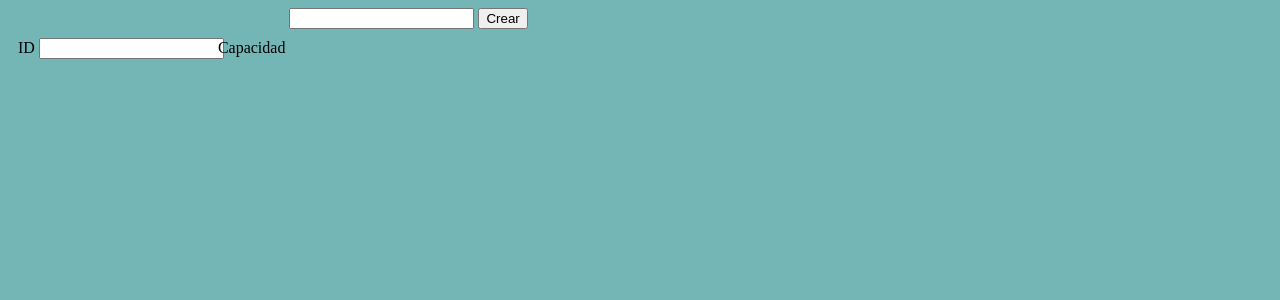
Repository: Robin-Rivadeneira/prueva_pablo
Page: index.html
An editor plug-in stored every save of this project. The page is shown before and after the next save, followed by the edit.
The browser window is 1280 px wide. The pictures show the whole page.

Above is the page before, as saved 2020-01-16 20:28:15.

### index.html
<!DOCTYPE html>
<html lang="en">
<head>
    <meta charset="UTF-8">
    <meta name="viewport" content="width=device-width, initial-scale=1.0">
    <meta http-equiv="X-UA-Compatible" content="ie=edge">
    <LINK REL=StyleSheet HREF="/css/bomberos.css" TYPE="text/css" MEDIA=screen>
    <title> Motobombas</title>
</head>
<body>
    <div>
        <label class="id">ID</label>
        <input type="number" id="id">
        <label class="capacidad">Capacidad</label>
        <input type="number" id="capacidad" >
        <button type="button" class="button" onclick="moto.guardar()">Crear</button>
    </div>
    <br>
    <div id="img">

    </div>
    <br>
    <div id="estado">

    </div>
    <br>
    <div id="pintar">
    </div>
</body>
<script src="/js/Motobomba.js"></script>
<script src="/js/Bombero.js"></script>
</html>

### css/bomberos.css
body{
    background-color: rgb(116, 182, 182);
}
.id{
    position: relative;
    left: 10px;
    top: 30px;
}
#id{
    position: relative;
    top: 30px;
    left: 10px;
}

.capacidad{
    position: relative;
    top: 30px;
}

### js/Motobomba.js
class Motobomba {
    constructor(id, capacidad, estado = false) {
        this.id = id;
        this.capacidad = capacidad;
        this.estado = estado;
    }
    prender() {
        this.estado = true;
    }
    apagar() {
        this.estado = false;
    }
    getEstado() {
        return this.estado;
    }
    toString() {
        if (this.estado == true) {
            document.getElementById('estado').innerHTML='<img src="img/verde.jpg" windth="130px" height="100px">'
            var parrafo=document.createElement('p')
            parrafo.innerHTML = 'esta prendido'
            document.body.appendChild(parrafo)
            moto.apagar()
            document.getElementById("boton").innerHTML="prendido"

        }
        else if(this.estado == false) {
            document.getElementById('estado').innerHTML='<img src="img/rojo.jpg" windth="130px" height="100px">'
            var parrafo=document.createElement('p')
            parrafo.innerHTML = 'esta apagado'
            document.body.appendChild(parrafo)
            moto.prender()
            document.getElementById("boton").innerHTML="apagdo"
        }
    }
    guardar(){
        var recu= document.getElementById('id').value;
        var recu1=document.getElementById('capacidad').value;
        this.id=recu
        this.capacidad=recu1
        console.log(this.id)
        console.log(this.capacidad)
        document.getElementById('img').innerHTML='<img src="img/camion.jpg" windth="130px" height="100px">'
        document.getElementById('pintar').innerHTML='<button type="button" id="boton" onclick="moto.toString()">ESTADO</button>'
    }
}



let moto = new Motobomba()

### js/Bombero.js
class Bombero{
    constructor(nombre){
        this.nombre=nombre;
    }
    addHabilidad(){
        let habilidades=[];
        habilidades.push(this.nombre)
    }
}

After the next save:
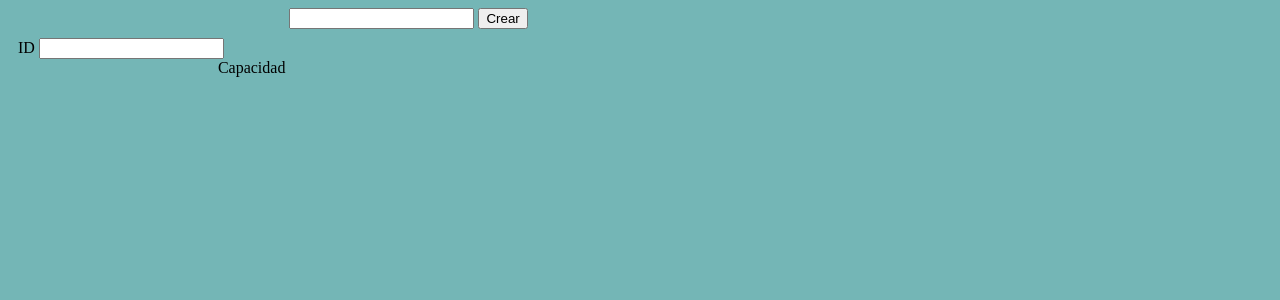
Saved 5 s later.
--- a/css/bomberos.css
+++ b/css/bomberos.css
@@ -14,5 +14,5 @@ body{
 
 .capacidad{
     position: relative;
-    top: 30px;
+    top: 50px;
 }
